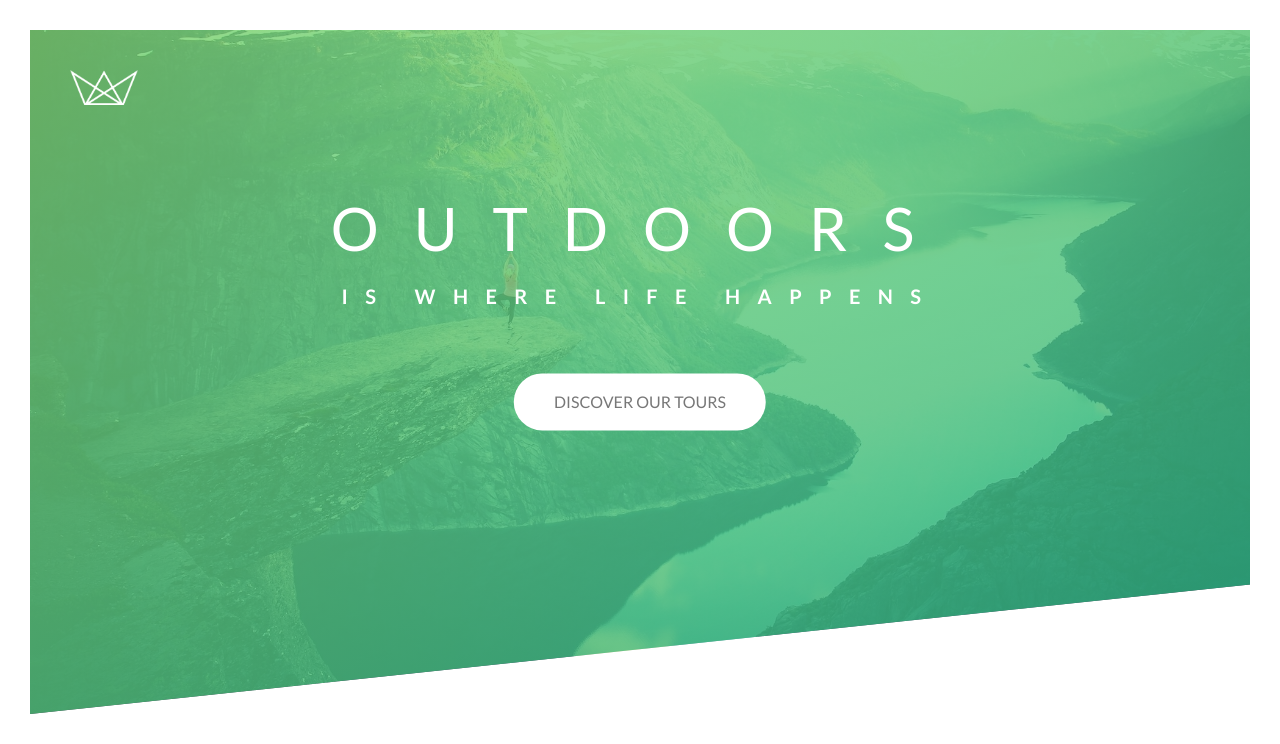
Repository: mukiSabljakovic/NatoursV1
Page: index.html
The author's editor kept a copy of each file at every save. The page is drawn from the files as they stood at one save, then again after a run of saves.
The browser window is 1280 px wide. The pictures show the whole page.
Some web libraries are served in a nearby version.

Above is the page before, as saved 2020-05-11 16:15:43.

### index.html
<!DOCTYPE html>
<html lang="en">
    <head>
        <meta charset="UTF-8">
        <meta name="viewport" content="width=device-width, initial-scale=1.0">

        <link href="https://fonts.googleapis.com/css?family=Lato:100,300,400,700,900" rel="stylesheet">

        <link rel="stylesheet" href="https://use.fontawesome.com/releases/v5.13.0/css/all.css" integrity="sha384-Bfad6CLCknfcloXFOyFnlgtENryhrpZCe29RTifKEixXQZ38WheV+i/6YWSzkz3V" crossorigin="anonymous">
        <link rel="stylesheet" href="style.css">
        <link rel="stylesheet" href="css/style.css">
        <link rel="shortcut icon" type="image/png" href="img/favicon.png">

        <title>Natours | Exciting tours for adventurous people</title>
    </head>
    <body>
       <header class="header">
           <div class="logo-box">
               <img class="logo" src="img/logo-white.png" alt="Natours Logo">
           </div>

           <div class="text-box">
               <h1 class="heading-primary">
                   <span class="heading-primary-main">Outdoors</span>
                   <span class="heading-primary-sub">is where life happens</span>
               </h1>
               <a href="#" class="btn btn-white">Discover our tours</a>
           </div>

       </header>

    </body>
</html>

### css/style.css
@import url('https://fonts.googleapis.com/css2?family=Lato:wght@300;400;900&display=swap');

/*
COLORS:

Light green: #7ed56f
Medium green: #55c57a
Dark green: #28b485

*/

/* Basic Reset */


* {
    margin: 0;
    padding: 0;
    box-sizing: border-box;
}

body {
    font-family: 'Lato', sans-serif;
    font-weight: 400;
    font-size: 16px;
    line-height: 1.7;
    color: #777;
    padding: 1.875rem;
}

.header {
    height: 95vh;
    background-image: linear-gradient(
        to right bottom,
        rgba(126, 213, 111, .8),
        rgba(40, 180, 133, .8)),
        url(../img/hero.jpg);
    background-size: cover;
    background-position: top;

    clip-path: polygon(0 0, 100% 0, 100% 77vh, 0 100%);
    position: relative;
}

.logo-box {
    position: absolute;
    top: 40px;
    left: 40px;
}

.logo {
    height: 35px;
}

.text-box {
    position: absolute;
    top: 40%;
    left: 50%;
    transform: translate(-50%, -50%);
    text-align: center;
}

.heading-primary {
    color: #fff;
    text-transform: uppercase;

    /* Fix animation shaking */
    backface-visibility: hidden;
    margin-bottom: 60px;
}

.heading-primary-main {
    display: block;
    font-size: 3.75rem;
    font-weight: 400;
    letter-spacing: 2.1875rem;

    animation-name: moveInLeft;
    animation-duration: 1s;
    animation-timing-function: ease-out;
}

.heading-primary-sub {
    display: block;
    font-size: 1.25rem;
    font-weight: 700;
    letter-spacing: 1.0875rem;

    animation: moveInRight 1s ease-out;
}

@keyframes moveInLeft {
    0% {
        opacity: 0;
        transform: translateX(-100%);
    }

    80% {
        transform: translateX(10px);
    }

    100% {
        opacity: 1;
        trannsform: translate(0);
    }
}

@keyframes moveInRight {
    0% {
        opacity: 0;
        transform: translateX(100%);
    }

    80% {
        transform: translateX(-10px);
    }

    100% {
        opacity: 1;
        transform: translate(0);
    }
}

.btn:link,
.btn:visited {
    text-transform: uppercase;
    text-decoration: none;
    padding: 15px 40px;
    display: inline-block;
    border-radius: 100px;
    transition: all .2s;
}

.btn:hover {
    transform: translateY(-3px);
}

.btn:active {
    transform: translateY(-1px);
}

.btn-white {
    background-color: #fff;
    color: #777;
}

After the next 3 saves:
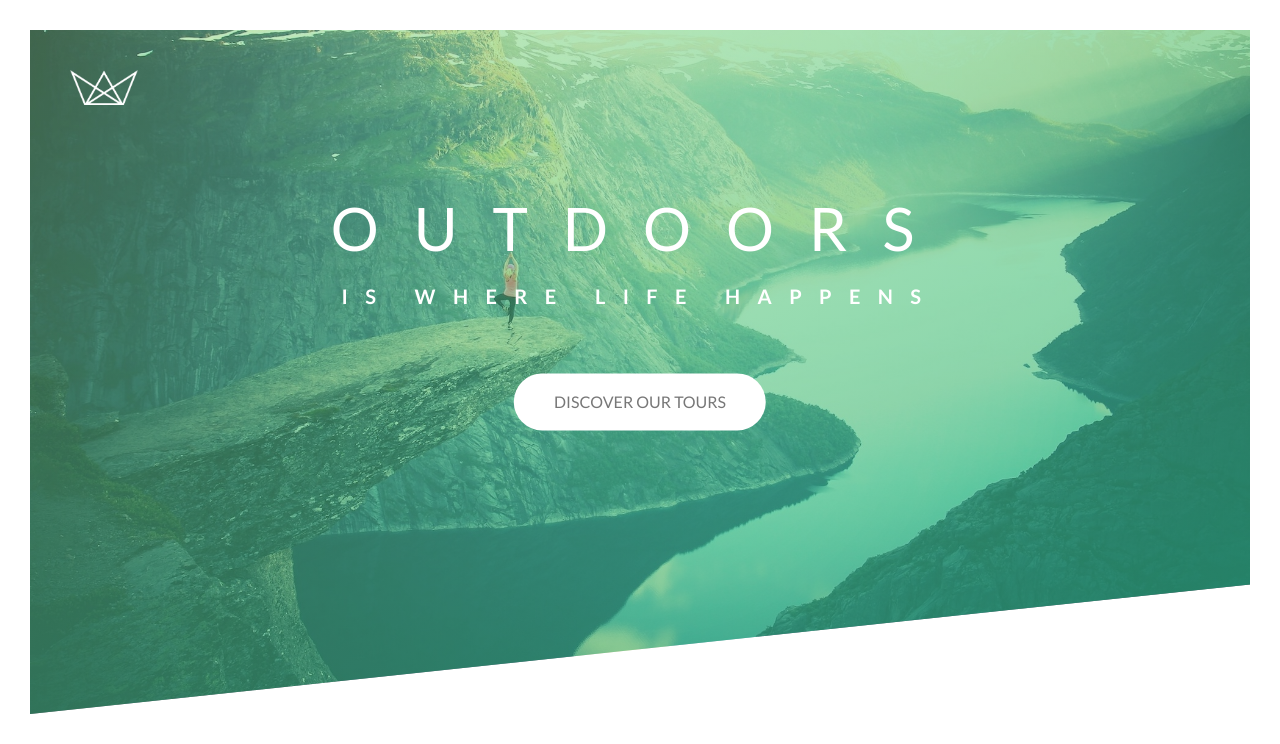
The 3 saves are shown as one change because they came seconds apart.
The last was saved 36 s later.
--- a/css/style.css
+++ b/css/style.css
@@ -31,8 +31,8 @@
     height: 95vh;
     background-image: linear-gradient(
         to right bottom,
-        rgba(126, 213, 111, .8),
-        rgba(40, 180, 133, .8)),
+        rgba(126, 213, 111, .4),
+        rgba(40, 180, 133, .7)),
         url(../img/hero.jpg);
     background-size: cover;
     background-position: top;

After the 5 saves that followed:
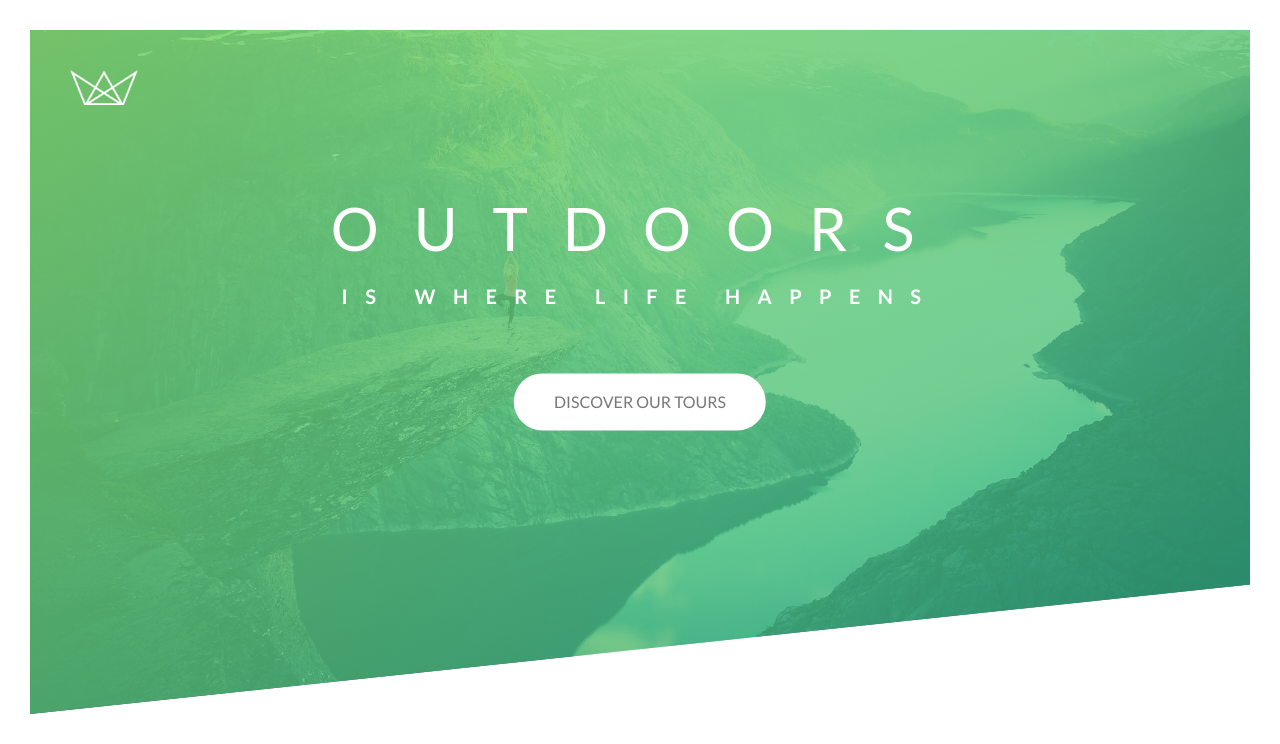
The 5 saves are shown as one change because they came seconds apart.
The last was saved 22 s later.
--- a/css/style.css
+++ b/css/style.css
@@ -31,7 +31,7 @@
     height: 95vh;
     background-image: linear-gradient(
         to right bottom,
-        rgba(126, 213, 111, .4),
+        rgba(126, 213, 111, .9),
         rgba(40, 180, 133, .7)),
         url(../img/hero.jpg);
     background-size: cover;
